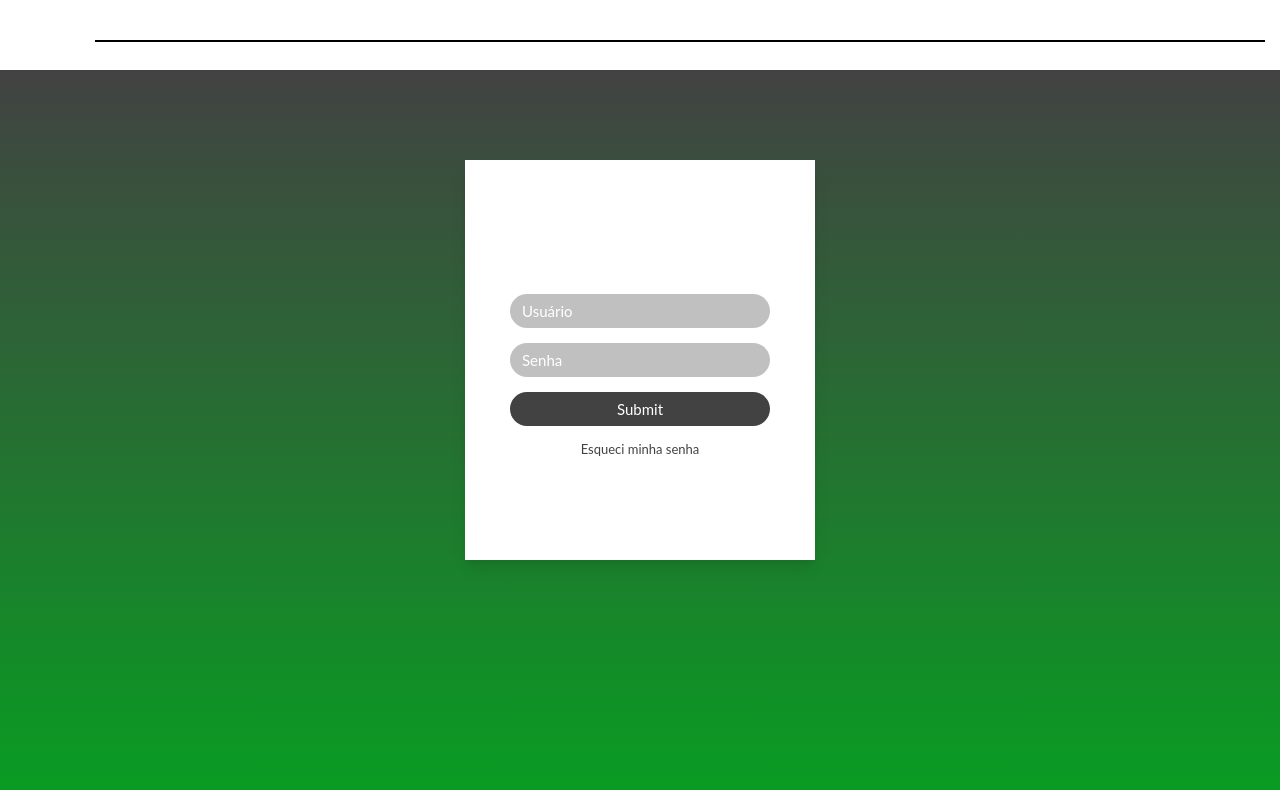
Repository: JoaoNahid/adminSystem
Page: /login (app in client/)
These files come from the project's save history. The page is drawn as it stood at one moment and after the next save; the edit follows.
The browser window is 1280 px wide. The pictures show the whole page.
The project was rebuilt for these pictures with package versions that can differ from the ones it lists, and the page was loaded fresh each time. Also part of the build but not shown: client/src/App.css, client/src/css/sidebar.css, client/src/routes/cadastro.js, client/src/components/sidebar.js, client/src/components/verificaLogin.js, client/src/routes/home.js, client/src/routes/404.js, client/src/routes/lote.js and 2 more.

Above is the page before, as saved 2022-05-07 17:49:52.

After the next save:
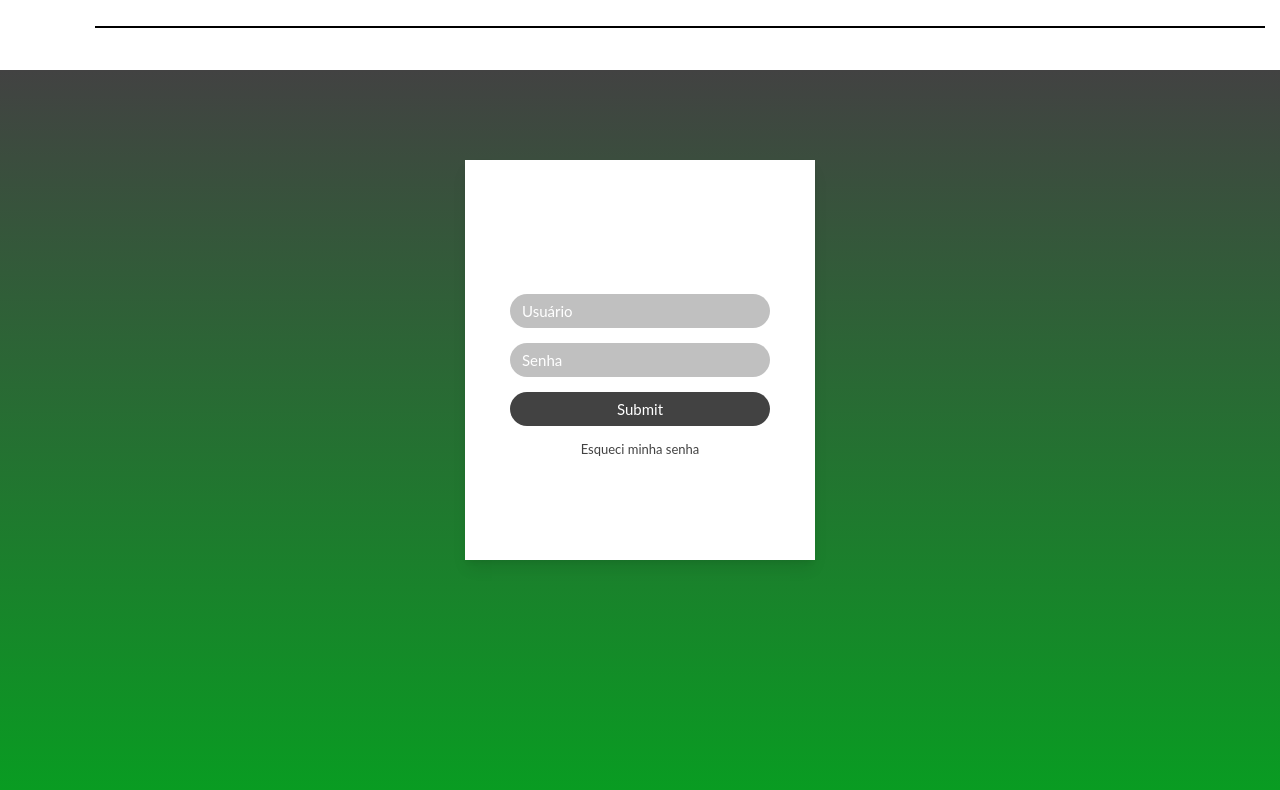
Saved 21 s later.
--- a/client/src/css/style.css
+++ b/client/src/css/style.css
@@ -331,7 +331,7 @@ input:focus{
   width: 100%;
   position: absolute;
   left: 0;
-  bottom: 18px;
+  bottom: 32px;
 }
 
 /* PAGINA DE ERRO */
